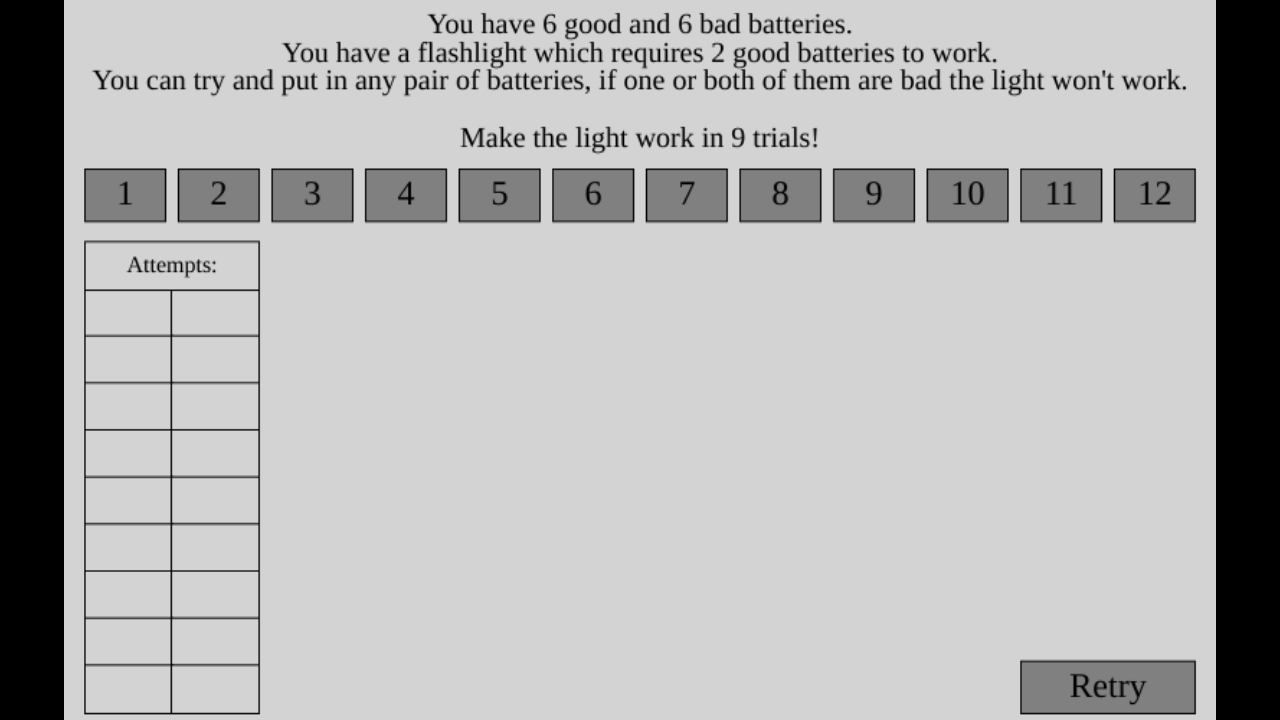
Repository: StevenZsombo/games
Page: docs/batteries/batteries.html
The author's editor kept a copy of each file at every save. The page is drawn from the files as they stood at one save, then again after the next save.
The browser window is 1280 px wide. The pictures show the whole page.

Above is the page before, as saved 2025-07-04 12:05:22.

### docs/batteries/batteries.html
<!DOCTYPE html>
<html lang="en">

<head>
  <meta charset="UTF-8">
  <meta name="viewport" content="width=device-width, initial-scale=1.0">
  <title>Game by Steven Zs :)</title>
  <style>
    body {
      margin: 0;
      padding: 0;
      min-height: 100vh;
      display: flex;
      justify-content: center;
      background: #444;
    }

    #canvasContainer {
      margin: 0;
      max-width: 800px;
      max-height: 500px;
      width: 100%;
      background: #000000;
    }

    #canvasContainer.full {
      position: fixed;
      top: 0;
      left: 0;
      right: 0;
      bottom: 0;
      margin: 0;
      max-width: none;
      max-height: none;
      display: flex;
      align-items: center;
      justify-content: center;
    }

    canvas {
      display: block;
      background: #000000;
      aspect-ratio: 800/500;
      width: 100%;
      height: auto;
    }

    #canvasContainer.full canvas {
      width: min(100vw, calc(100vh * 1.6));
      height: min(100vh, calc(100vw / 1.6));
      max-width: none;
      max-height: none;
    }
  </style>
</head>

<body id="body">
  <div id="canvasContainer">
    <canvas id="myCanvas" width="800" height="500"></canvas>
  </div>

  <script>
    let fullscreenState = false
    function fullscreenToggle(setting) {
      if ((setting === undefined) || setting !== fullscreenState) {
        fullscreenState = !fullscreenState
        document.getElementById('canvasContainer').classList.toggle('full')
      }
    }
  </script>
  <script src="MM.js"></script>
  <script src="scripts.js"></script>
  <script src="animations.js"></script>
  <script src="gui.js"></script>
  <script src="batteries.js"></script>
</body>

</html>

### docs/batteries/batteries.js
//should import scripts.js
const framerateUnlocked = false
const denybuttons = false
const showFramerate = false
const startOnFullscreen = true

window.onload = function () {
    let canvas = document.getElementById("myCanvas")
    canvas.style.touchAction = 'none'
    canvas.style.userSelect = 'none'
    canvas.style.webkitUserDrag = 'none'
    document.addEventListener('dragover', (e) => {
        e.preventDefault()
        e.stopPropagation()
    }
    )
    document.addEventListener('drop', (e) => {
        e.preventDefault()
        e.stopPropagation()
    }
    )
    canvas.tabIndex = 0
    //canvas.focus()
    beforeMain(canvas)
}

const beforeMain = function (canvas) {
    const cropper = new Cropper()
    const cont = {}
    main(canvas)
    /*
    cropper.load_images("cats.png arrows.png".split(" "), cont, () => {
        files.push(cont["cats.png"])
        files.push(cont["arrows.png"])
        main(canvas)
    })
    */


}

const main = function (canvas) {
    canvas ??= document.getElementById("myCanvas")
    if (game !== undefined) { game.isRunning = false }
    game = new Game(canvas)
    game.tick()
}

class Game {
    constructor(canvas) {
        this.canvas = canvas
        this.screen = canvas.getContext("2d")
        this.WIDTH = canvas.width
        this.HEIGHT = canvas.height
        this.SIZE = {
            x: this.WIDTH,
            y: this.HEIGHT
        }
        this.rect = new Rect(0, 0, this.WIDTH, this.HEIGHT)
        this.BGCOLOR = stgs.BGCOLOR ?? "lightgray"
        //null for transparent
        this.CENTER = {
            x: this.SIZE.x / 2,
            y: this.SIZE.y / 2
        }
        fullscreenToggle(startOnFullscreen)
        this.mouser = new Mouser(canvas)
        this.keyboarder = new Keyboarder(denybuttons)
        this.framerate = new Framerater(showFramerate)
        this.framerateUnlocked = framerateUnlocked //redundant unless reused
        this.animator = new Animator()

        this.on_update_extras = []
        this.on_draw_extras = []
        this.extras = []

        this.layers = Array(10).fill().map(x => [])
        this.clickables = []

        showFramerate && this.add_clickable(this.framerate.button)


        this.lastCycleTime = Date.now()

        this.isRunning = true
        this.isDrawing = true
        this.initialize()
        this.initialize_more()
    }
    initialize() {

    }

    tick() {
        if (!this.isDrawing) {
            this.drawnAlready = true
        }
        if (!this.isRunning) {
            return
        }
        const now = Date.now()
        const dt = (now - this.lastCycleTime)
        this.lastCycleTime = now

        const screen = this.screen
        this.drawnAlready ? null : this.draw_reset(screen)
        this.update(dt)
        this.update_more(dt)
        this.on_update_extras.forEach(x => x.call(this))
        this.drawnAlready ? null : this.draw(screen)
        this.drawnAlready ? null : this.draw_more(screen)
        this.on_draw_extras.forEach(x => x.call(this))
        this.next_loop()
        this.next_loop_more()
        this.extras.forEach(x => x.call(this))
        this.extras.length = 0
        if (!this.isRunning) {
            return
        }

        this.framerate.update(dt, this.drawnAlready)
        if (!this.framerateUnlocked) {
            requestAnimationFrame(this.tick.bind(this))
        } else {
            setTimeout(this.tick.bind(this), 0)
            if (!this.drawnAlready) {
                this.drawnAlready = true
                requestAnimationFrame((function () { this.drawnAlready = false }).bind(this))
                this.animator.draw()
            }
        }




    }

    update(dt) {
        //update
        const now = Date.now()
        this.keyboarder.update(dt, now)
        this.update_clickables(dt)
        this.animator.update(dt)
        this.update_more(dt)

    }

    update_clickables(dt) {
        for (const b of this.clickables) {
            b.check(this.mouser.x, this.mouser.y, this.mouser.clicked, this.mouser.released, this.mouser.held)
        }

    }

    draw(screen) {
        //draw
        this.draw_layers(screen)
        this.framerate.draw(screen)

    }

    draw_reset(screen) {
        if (this.BGCOLOR) {
            screen.fillStyle = this.BGCOLOR
            screen.fillRect(0, 0, this.WIDTH, this.HEIGHT)
        } else {
            screen.clearRect(0, 0, this.WIDTH, this.HEIGHT)
        }
    }

    draw_layers(screen) {
        for (const layer of this.layers) {
            for (const item of layer) {
                item.draw(screen)
            }
        }
    }

    next_loop() {
        this.mouser.next_loop()
        this.keyboarder.next_loop()
    }
    close() {
        this.isRunning = false
        setTimeout(x => game.screen.fillRect(0, 0, game.WIDTH, game.HEIGHT), 100)

    }
    add_clickable(items, layer = 5) {
        if (!Array.isArray(items)) {
            items = [items]
        }
        for (const item of items) {
            this.add_drawable(item, layer)
            this.clickables.push(item)
        }
    }
    add_drawable(items, layer = 5) {
        if (!Array.isArray(items)) {
            items = [items]
        }
        for (const item of items) {
            this.layers[layer].push(item)
        }
    }
    remove_clickable(item) {
        this.clickables = this.clickables.filter(x => x !== item)
        this.layers = this.layers.map(x => x.filter(y => y !== item))
    }

    ////////////////////////////////////////////////////////////////////////////////////////////////////////////////////
    ////////////////////////////////////////////////////////////////////////////////////////////////////////////////////
    ////////////////////////////////////////////////////////////////////////////////////////////////////////////////////
    ////////////////////////////////////////////////////////////////////////////////////////////////////////////////////
    ////////////////////////////////////////////////////////////////////////////////////////////////////////////////////
    ///                                             customize here                                                   ///
    /// ////////////////////////////////////////////////////////////////////////////////////////////////////////////////
    ///                                                                                                              ///
    ///         these are called  when appropriate                                                                   ///
    ///                                                                                                              ///
    ///         initialize_more                                                                                      ///
    ///         draw_more                                                                                            ///
    ///         update_more                                                                                          ///
    ///         next_loop_more                                                                                       ///
    ///                                                                                                              ///
    ///                                                                                                              ///
    ///                                                                                                              ///
    ///                                                                                                              ///
    ///                                                                                                              ///
    ///                                                                                                              ///
    ///                                                                                                              ///
    ///                                                                                                              ///
    ///                                                                                                              ///
    ///                                                                                                              ///
    ///                                                                                                              ///
    ///                                                                                                              ///
    ///                                                                                                              ///
    ///                                                                                                              ///
    ///                                             INITIALIZE                                                       ///
    /// start initialize_more:::::::::::::::::::::::::::::::::::::::::::::::::::::::::::::::::::::::::::::::::::::::::::
    initialize_more() {


        this.grid = this.rect.copy.
            deflate(20, 10).
            splitRow(3, 2, 10).
            map(x => Button.fromRect(x, { transparent: true }))
        this.add_clickable(this.grid[0])
        this.grid[0].fontsize = 20
        this.grid[0].txt =
            `You have 6 good and 6 bad batteries.
You have a flashlight which requires 2 good batteries to work.
You can try and put in any pair of batteries, if one or both of them are bad the light won't work.

Make the light work in 9 trials!
`

        this.batteries = this.grid[1].splitCol(...Array(12).fill(1)).map(Button.fromRect).map((b, i) => {
            b.deflate(10, 30)
            b.txt = i + 1
            b.fontsize = 24
            return b
        })
        this.add_clickable(this.batteries)
        this.grid[0].topat(0)
        this.grid[0].bottomstretchat(this.batteries[0].top)
        this.grid[0].move(0, 8)

        this.tablebg = this.grid[2].splitCol(1, 3)[0]
        this.tablebg.leftat(this.batteries[0].left)
        this.tablebg.rightstretchat(this.batteries[1].right)

        this.table = this.tablebg.splitRow(...Array(10).fill(1))
        this.table = this.table.map((b, i) => i == 0 ? Button.fromRect(b) : b.splitCol(1, 1).map(Button.fromRect))
        this.tablebg = Button.fromRect(this.tablebg)
        this.add_clickable(this.table.slice(1).flat())
        this.add_clickable(this.table[0])
        //this.add_clickable(this.tablebg, 3)
        this.table.flat().forEach(b => {
            b.fontsize = 16
            b.color = null
        })
        this.table[0].txt = "Attempts:"

        //logic
        this.attempts = {
            count: 0,
            track: [],
            first: null
        }
        this.alloptions = [...MM.combinations([...MM.range(1, 13)], 6)]
        this.victory = () => {
            const lab = new Button()
            this.add_clickable(lab)
            lab.leftat(this.batteries[2].left)
            lab.topat(this.table[3][0].top)
            lab.rightstretchat(this.batteries.at(-1).right)
            lab.bottomstretchat(this.table[6][0].bottom)
            lab.transparent = true
            lab.fontsize = 24

            if (this.alloptions.length != 0) { //you lose
                const badones = MM.choice(this.alloptions).map(i => i - 1)
                this.batteries.forEach((b, i) => {
                    b.color = badones.includes(i) ? "red" : "green"
                })
                this.table.slice(1).flat().forEach(b => {
                    b.color = badones.includes(b.txt - 1) ? "red" : "green"
                })
                lab.txt =
                    `Each of your attempts had a bad battery in them,
so you could not make the light work.`
            } else {  //you win!
                lab.txt = "Congratulations! You made the light work!"
                const a = () => new Anim(lab, 300, "step", { varName: "fontsize", startVal: lab.fontsize, endVal: 32 })
                const b = () => new Anim(lab, 600, "stepMany", {
                    varNames: ["rad", "fontsize"],
                    endVals: [TWOPI, 32],
                    startVals: [0, 32]
                })
                const c = () => new Anim(lab, 300, "step", { varName: "fontsize", startVal: 32, endVal: lab.fontsize })

                this.animator.add_sequence(
                    a(), b(), c(), a(), b(), c(), a(), b(), c()
                )
            }
        }
        this.makeattempt = (i) => {
            if (this.attempts.first !== i) {
                if (!this.attempts.first) {
                    this.attempts.first = i
                    this.batteries[i - 1].color = "lightblue"
                } else {
                    this.attempts.count++
                    this.attempts.track.push([this.attempts.first, i])
                    this.batteries[i - 1].color = "lighblue"
                    this.batteries[this.attempts.first - 1].color = "lightblue"
                    this.batteries.forEach(x => x.interactable = false)
                    this.animator.add_anim(this.batteries[i - 1], 80, "wiggle", { dx: 5, dy: 5 })
                    this.animator.add_anim(this.batteries[this.attempts.first - 1], 80, "wiggle", {
                        dx: 5, dy: 5,
                        on_end: () => {
                            if (this.attempts.count == 9) { return }
                            this.batteries[this.attempts.first - 1].color = "gray"
                            this.batteries[i - 1].color = "gray"
                            this.attempts.first = null
                            this.batteries.forEach(x => x.interactable = true)
                        }
                    })
                    const [u, w] = this.attempts.track.at(-1)
                    //alloptions = [x for x in alloptions if a in x or b in x]
                    this.alloptions = this.alloptions.filter(x => x.includes(u) || x.includes(w))
                    this.table[this.attempts.count][0].txt = u
                    this.table[this.attempts.count][1].txt = w
                    if (this.attempts.count == 9) {
                        this.victory()
                        this.batteries.forEach(x => x.interactable = false)
                    }

                }
            }
        }

        this.batteries.forEach((b, i) => b.on_click = this.makeattempt.bind(this, i + 1))

        const retry = Button.fromButton(this.batteries.at(-2), { on_click: main })
        retry.bottomat(this.table.at(-1)[0].bottom)
        retry.rightstretchat(this.batteries.at(-1).right)
        retry.color = "gray"
        retry.txt = "Retry"
        this.add_clickable(retry)



    }
    ///end initialize_more^^^^^^^^^^^^^^^^^^^^^^^^^^^^^^^^^^^^^^^^^^^^^^^^^^^^^^^^^^^^^^^^^^^^^^^^^^^^^^^^^^^^^^^^^^^^
    ///                                         ^^^^INITIALIZE^^^^                                                   ///
    ///                                                                                                              ///
    ///                                               UPDATE                                                         ///
    /// start update_more:::::::::::::::::::::::::::::::::::::::::::::::::::::::::::::::::::::::::::::::::::::::::::::::
    update_more(dt) {





    }
    ///end update_more^^^^^^^^^^^^^^^^^^^^^^^^^^^^^^^^^^^^^^^^^^^^^^^^^^^^^^^^^^^^^^^^^^^^^^^^^^^^^^^^^^^^^^^^^^^^^^^^
    ///                                           ^^^^UPDATE^^^^                                                     ///
    ///                                                                                                              ///
    ///                                                DRAW                                                          ///
    ///start update_more::::::::::::::::::::::::::::::::::::::::::::::::::::::::::::::::::::::::::::::::::::::::::::::::
    draw_more(screen) {





    }
    ///end draw_more^^^^^^^^^^^^^^^^^^^^^^^^^^^^^^^^^^^^^^^^^^^^^^^^^^^^^^^^^^^^^^^^^^^^^^^^^^^^^^^^^^^^^^^^^^^^^^^^^^
    ///                                            ^^^^DRAW^^^^                                                      ///
    ///                                                                                                              ///
    ///                                              NEXT_LOOP                                                       ///
    ///start next_loop_more:::::::::::::::::::::::::::::::::::::::::::::::::::::::::::::::::::::::::::::::::::::::::::::
    next_loop_more() {

    }
    ///end next_loop_more^^^^^^^^^^^^^^^^^^^^^^^^^^^^^^^^^^^^^^^^^^^^^^^^^^^^^^^^^^^^^^^^^^^^^^^^^^^^^^^^^^^^^^^^^^^^^
    ///                                          ^^^^NEXT_LOOP^^^^                                                   ///
    ///                                                                                                              ///
    ///                                                                                                              ///
    /// ////////////////////////////////////////////////////////////////////////////////////////////////////////////////
} //this is the last closing brace

/// dev options
const dev = {

}/// end of dev
/// settings
const stgs = {


}

/**@type {Image[]} */
const files = []

/** @type {Game}*/
var game

Loaded but not shown: docs/batteries/scripts.js (726 lines, source omitted); docs/batteries/MM.js (382 lines, source omitted); docs/batteries/animations.js (422 lines, source omitted); docs/batteries/gui.js (277 lines, source omitted)

After the next save:
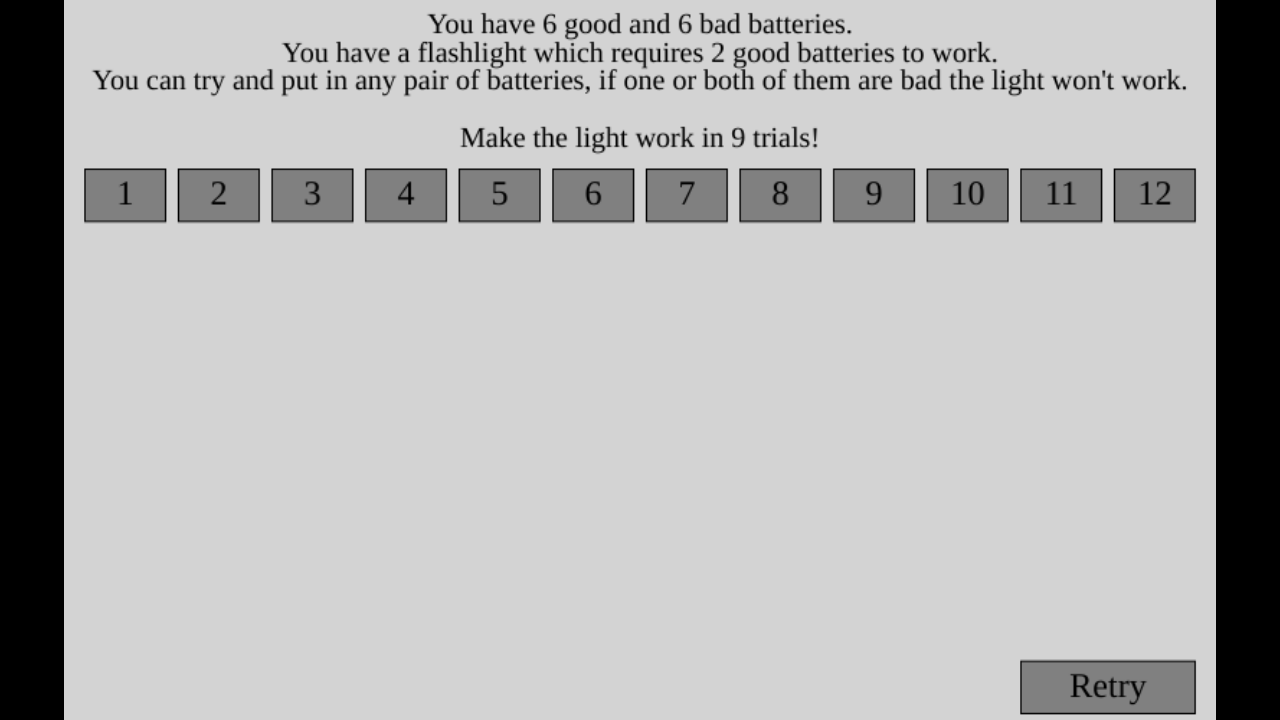
Saved 102 min 51 s later.
--- a/docs/batteries/batteries.js
+++ b/docs/batteries/batteries.js
@@ -243,9 +243,10 @@ class Game {
         this.grid = this.rect.copy.
             deflate(20, 10).
             splitRow(3, 2, 10).
-            map(x => Button.fromRect(x, { transparent: true }))
+            map(x => Button.fromRect(x))
         this.add_clickable(this.grid[0])
         this.grid[0].fontsize = 20
+        this.grid[0].transparent = true
         this.grid[0].txt =
             `You have 6 good and 6 bad batteries.
 You have a flashlight which requires 2 good batteries to work.
@@ -254,7 +255,7 @@ You can try and put in any pair of batteries, if one or both of them are bad the
 Make the light work in 9 trials!
 `
 
-        this.batteries = this.grid[1].splitCol(...Array(12).fill(1)).map(Button.fromRect).map((b, i) => {
+        this.batteries = this.grid[1].copy.splitCol(...Array(12).fill(1)).map(Button.fromRect).map((b, i) => {
             b.deflate(10, 30)
             b.txt = i + 1
             b.fontsize = 24
@@ -265,15 +266,15 @@ Make the light work in 9 trials!
         this.grid[0].bottomstretchat(this.batteries[0].top)
         this.grid[0].move(0, 8)
 
-        this.tablebg = this.grid[2].splitCol(1, 3)[0]
+        this.tablebg = this.grid[2].copy.splitCol(1, 3)[0]
         this.tablebg.leftat(this.batteries[0].left)
         this.tablebg.rightstretchat(this.batteries[1].right)
 
         this.table = this.tablebg.splitRow(...Array(10).fill(1))
         this.table = this.table.map((b, i) => i == 0 ? Button.fromRect(b) : b.splitCol(1, 1).map(Button.fromRect))
         this.tablebg = Button.fromRect(this.tablebg)
-        this.add_clickable(this.table.slice(1).flat())
-        this.add_clickable(this.table[0])
+        //this.add_clickable(this.table.slice(1).flat())
+        //this.add_clickable(this.table[0])
         //this.add_clickable(this.tablebg, 3)
         this.table.flat().forEach(b => {
             b.fontsize = 16
@@ -369,6 +370,9 @@ so you could not make the light work.`
         retry.txt = "Retry"
         this.add_clickable(retry)
 
+        this.dots = this.batteries.map(x => Button.fromRect(x))
+        this.dots.forEach(x => x.move(20, 20))
+
 
 
     }
